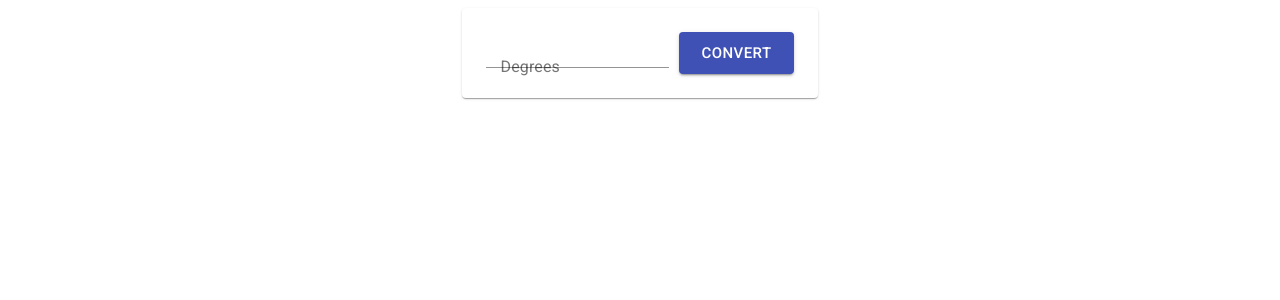
Repository: zum281/temperature-converter
Page: /
The author's editor kept a copy of each file at every save. The page is drawn from the files as they stood at one save, then again after the next save.
The browser window is 1280 px wide. The pictures show the whole page.
The project was rebuilt for these pictures with package versions that can differ from the ones it lists, and the page was loaded fresh each time. Also part of the build but not shown: src/index.css.

Above is the page before, as saved 2021-07-09 13:19:08.

After the next save:
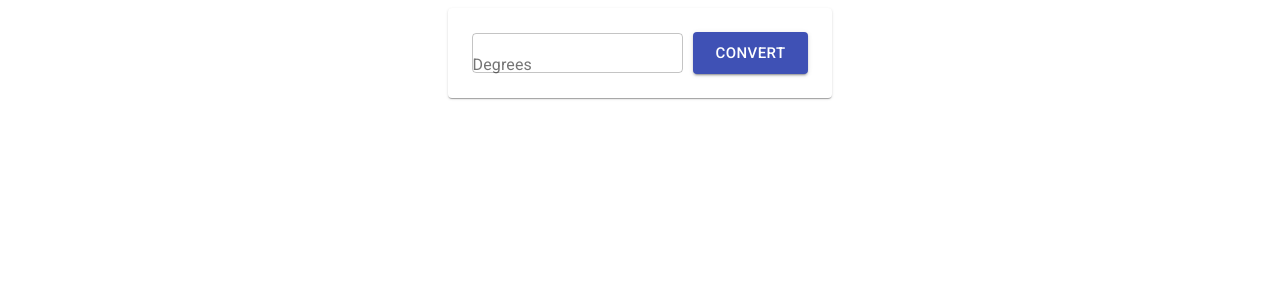
Saved 15 s later.
--- a/src/App.js
+++ b/src/App.js
@@ -33,9 +33,14 @@ function App() {
         <div className={classes.root}>
             <Paper className={classes.paper}>
                 <form noValidate autoComplete="off" className={classes.form}>
-                    <FormControl variant="outlined">
+                    <FormControl>
                         <InputLabel htmlFor="degrees">Degrees</InputLabel>
-                        <TextField type="number" id="degrees" size="small" />
+                        <TextField
+                            type="number"
+                            id="degrees"
+                            size="small"
+                            variant="outlined"
+                        />
                     </FormControl>
 
                     <Button variant="contained" color="primary" size="large">
